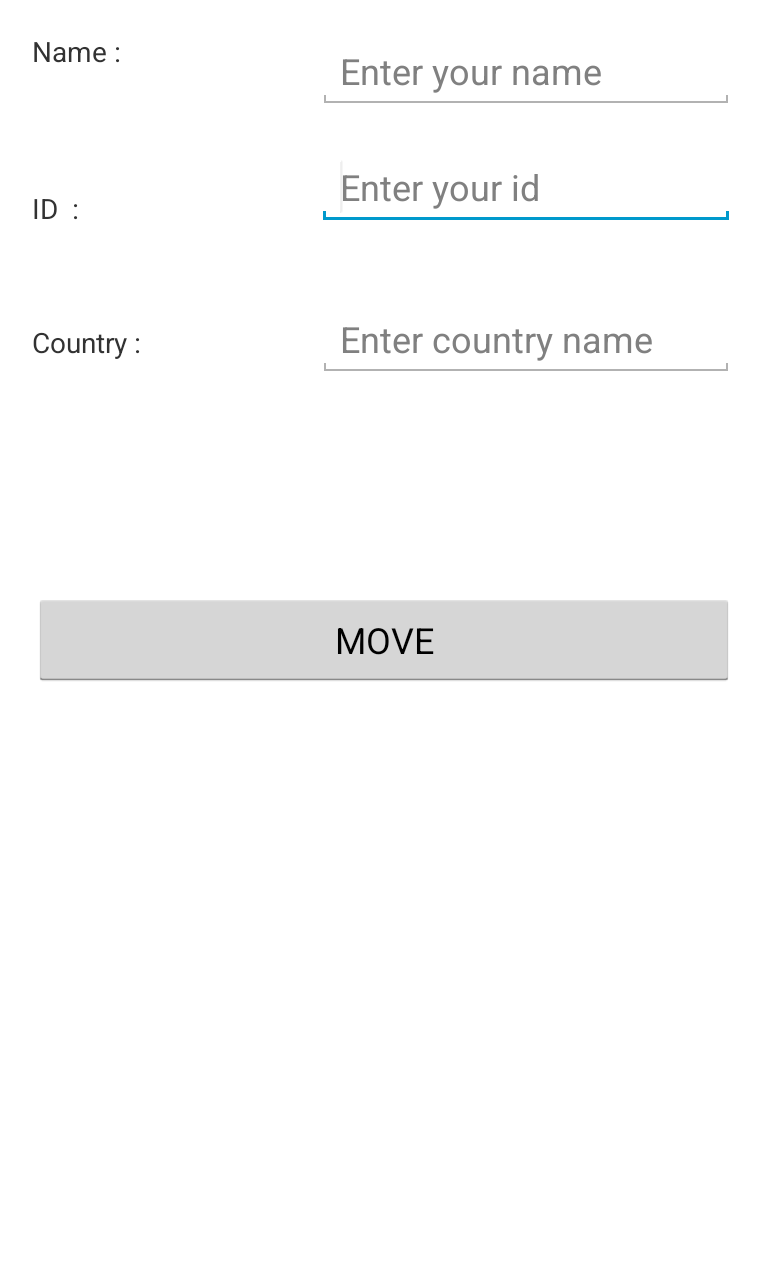
Repository: suzauddola/Android_Apps
Layout: Source/bundle/bandle/res/layout/first.xml
The author's editor kept a copy of each file at every save. The layout is drawn from the files as they stood at one save, then again after a run of saves.
It is drawn on a 768 x 1280 px phone screen (xhdpi) without system bars, with theme AppTheme; the app's code is not run.

Above is the layout before, as saved 2013-09-05 07:36:01.

After the next 3 saves:
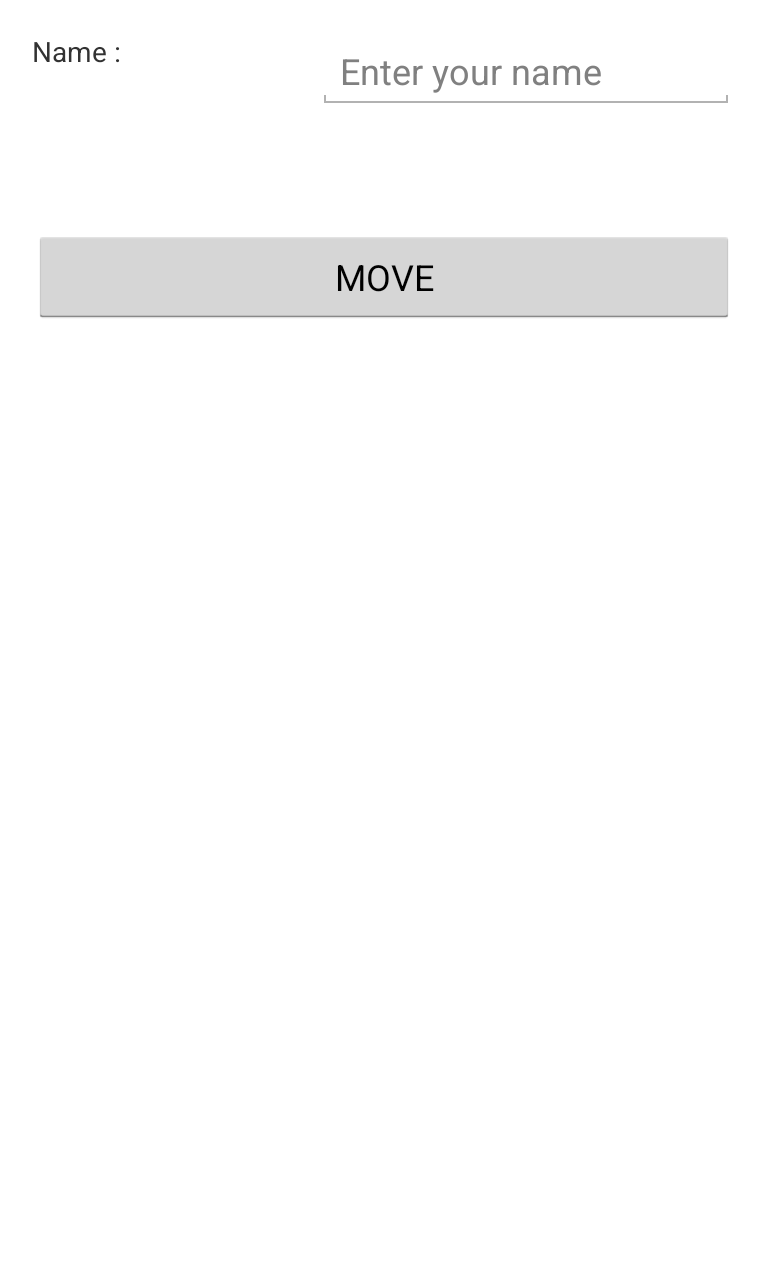
The 3 saves are shown as one change because 2 did not build or start.
The last was saved 49 s later.
--- a/Source/bundle/bandle/res/layout/first.xml
+++ b/Source/bundle/bandle/res/layout/first.xml
@@ -23,52 +23,14 @@
         android:ems="10"
         android:hint="Enter your name"/>
 
-    <TextView
-        android:id="@+id/tvID"
-        android:layout_width="wrap_content"
-        android:layout_height="wrap_content"
-        android:layout_alignLeft="@+id/name"
-        android:layout_below="@+id/name1"
-        android:layout_marginTop="39dp"
-        android:text="ID  : " />
-
-    <EditText
-        android:id="@+id/etID"
-        android:layout_width="wrap_content"
-        android:layout_height="wrap_content"
-        android:layout_alignBottom="@+id/tvID"
-        android:layout_alignLeft="@+id/name1"
-        android:ems="10"
-        android:hint="Enter your id">
-
-        <requestFocus />
-    </EditText>
-
-    <TextView
-        android:id="@+id/tvCountry"
-        android:layout_width="wrap_content"
-        android:layout_height="wrap_content"
-        android:layout_alignParentLeft="true"
-        android:layout_below="@+id/tvID"
-        android:layout_marginTop="48dp"
-        android:text="Country : " />
-
-    <EditText
-        android:id="@+id/etCountry"
-        android:layout_width="wrap_content"
-        android:layout_height="wrap_content"
-        android:layout_alignBaseline="@+id/tvCountry"
-        android:layout_alignBottom="@+id/tvCountry"
-        android:layout_alignLeft="@+id/etID"
-        android:ems="10"
-        android:hint="Enter country name"/>
 
     <Button
         android:id="@+id/button1"
         android:layout_width="fill_parent"
         android:layout_height="wrap_content"
-        android:layout_alignLeft="@+id/tvCountry"
-        android:layout_centerVertical="true"
+        android:layout_alignRight="@+id/name1"
+        android:layout_below="@+id/name1"
+        android:layout_marginTop="59dp"
         android:text="MOVE" />
 
 </RelativeLayout>
